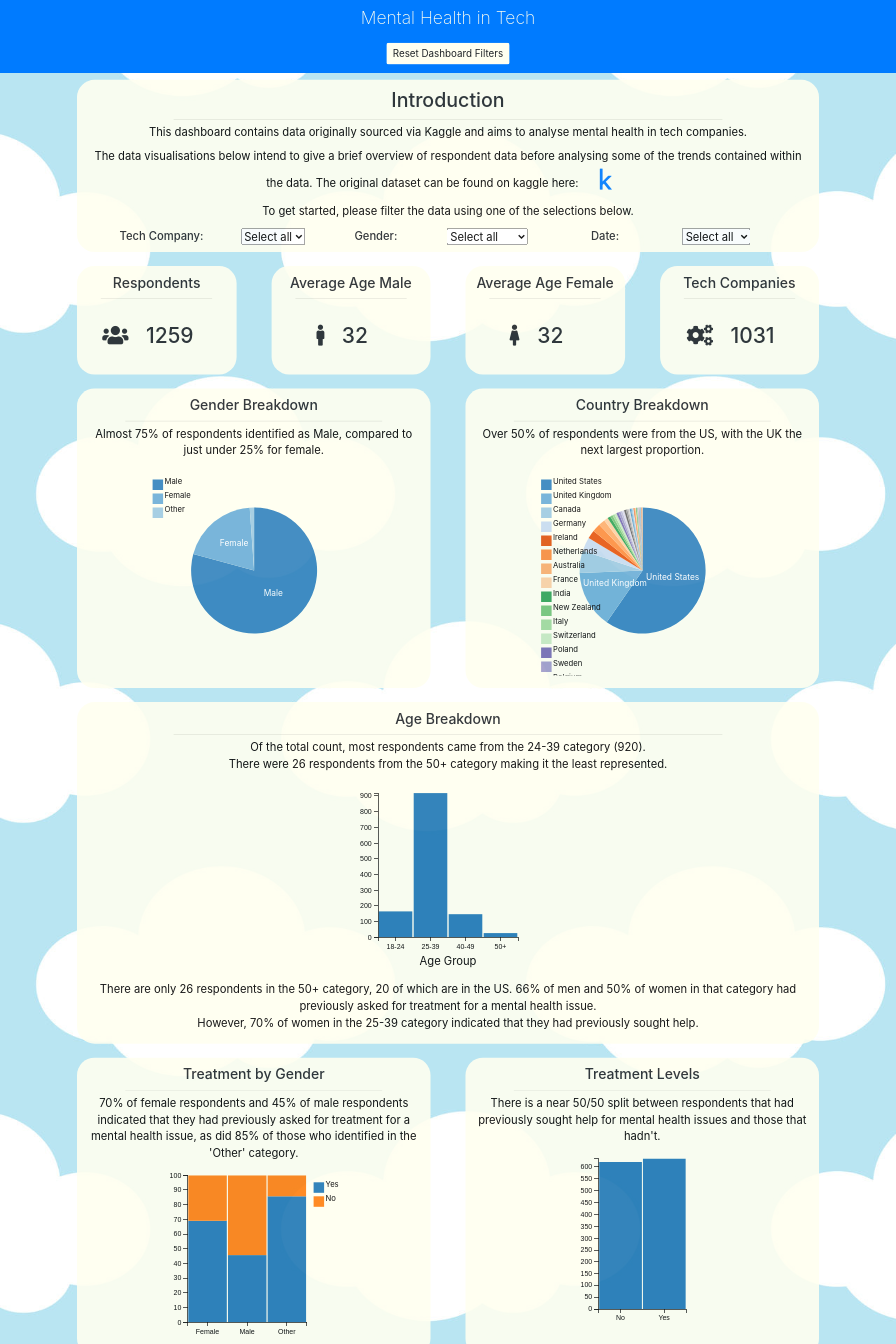
Repository: martingr1/mhdashboard
Page: index.html
The author's editor kept a record of every edit. The page is drawn from the files as they stood at one moment, then again after the next edit.
The browser window is 1280 px wide. The pictures show the part of the page from y = 0 to 1920 px (the page is 3238 px tall before and 1759 px after), at 70% of full size.
Some web libraries are served in a nearby version.

Above is the page before.

After the next edit:
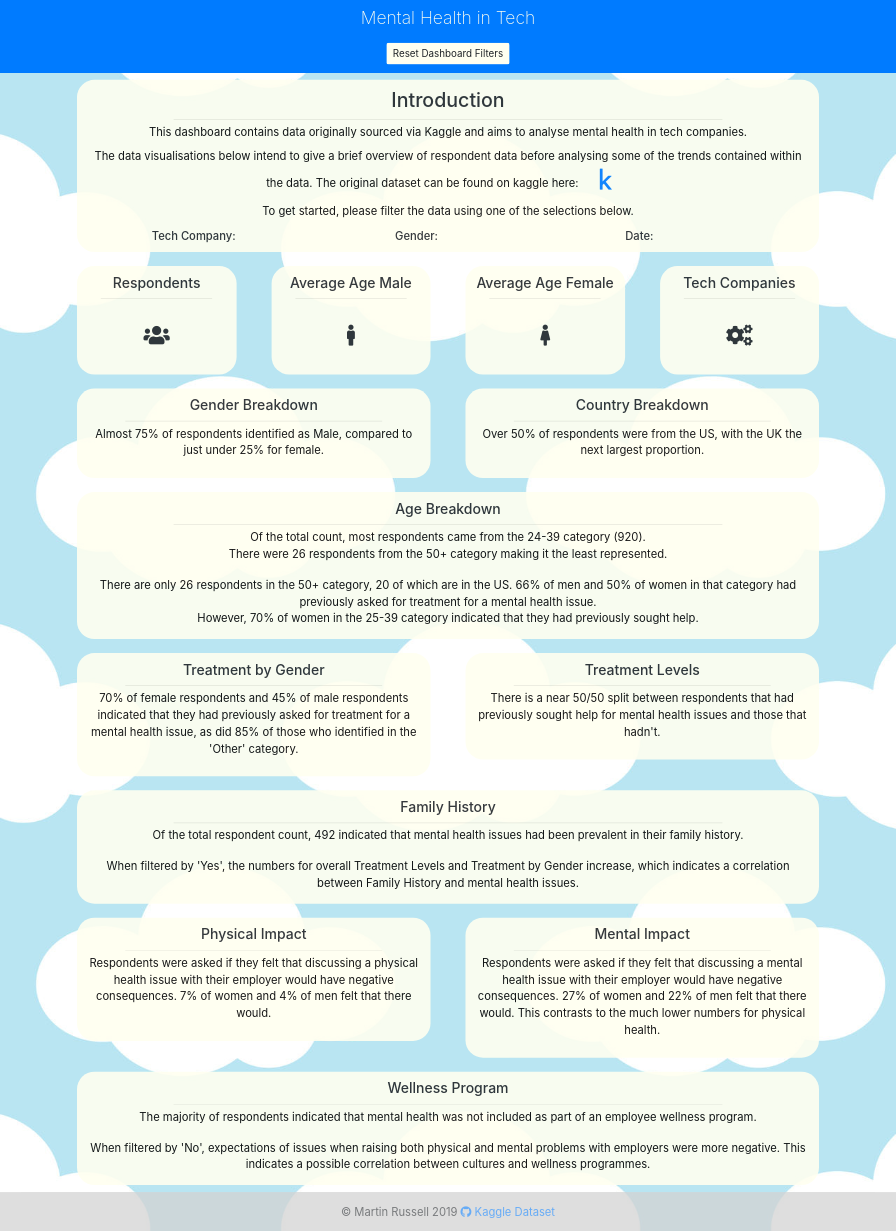
Console error: SyntaxError: Unexpected token 'function'
The edit:
--- a/static/js/graph.js
+++ b/static/js/graph.js
@@ -38,7 +38,7 @@
 
 // Data Selectors
 
-function show_select_company(ndx) {
+(function show_select_company(ndx) {
     var tech_dim = ndx.dimension(dc.pluck("techcompany"));
     var tech_group = tech_dim.group();
 

After the 3 edits that followed:
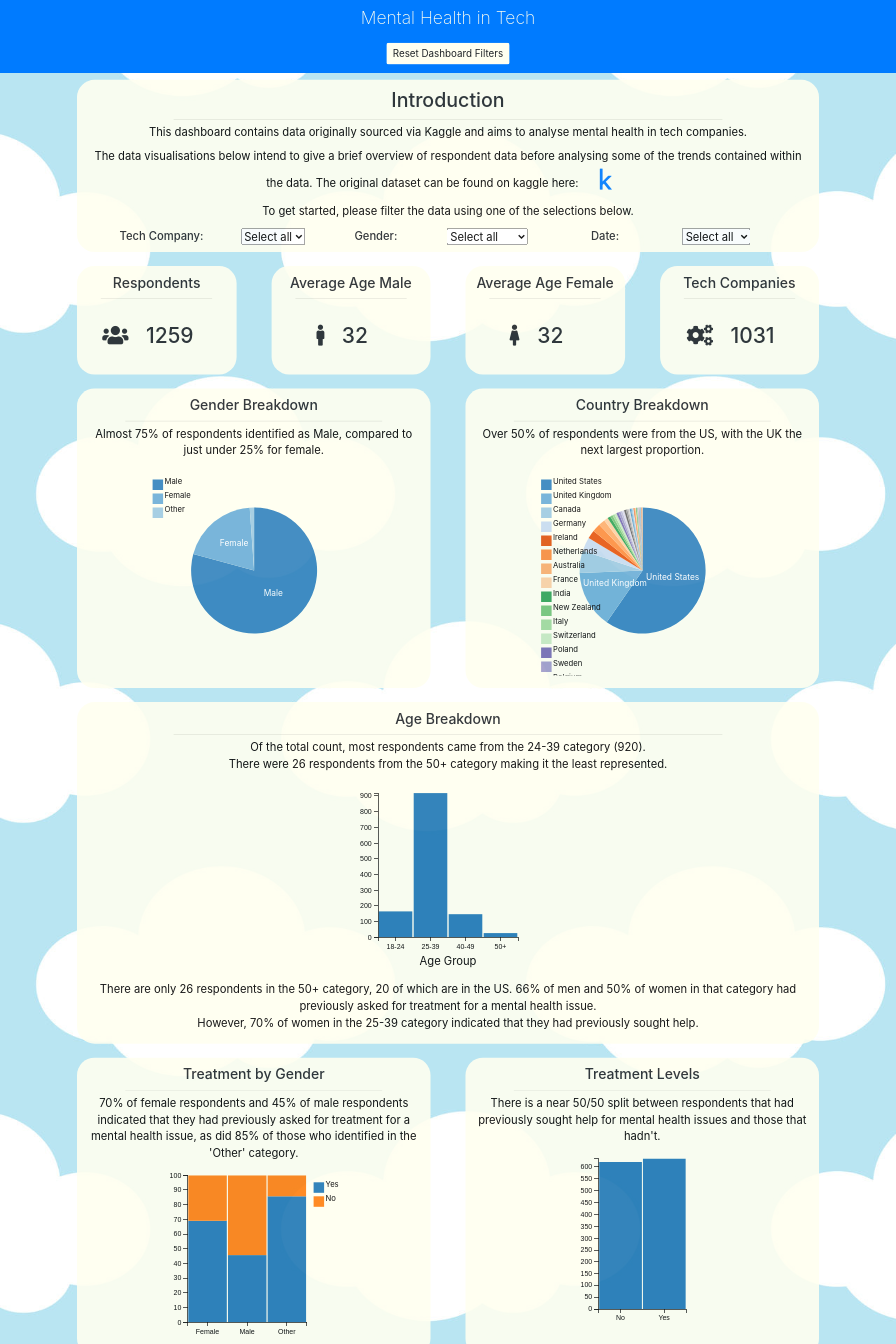
The error is gone.
The 3 edits are shown as one change because 2 left the picture as it was.
The edit:
--- a/static/js/graph.js
+++ b/static/js/graph.js
@@ -38,7 +38,7 @@
 
 // Data Selectors
 
-(function show_select_company(ndx) {
+function show_select_company(ndx) {
     var tech_dim = ndx.dimension(dc.pluck("techcompany"));
     var tech_group = tech_dim.group();
 
